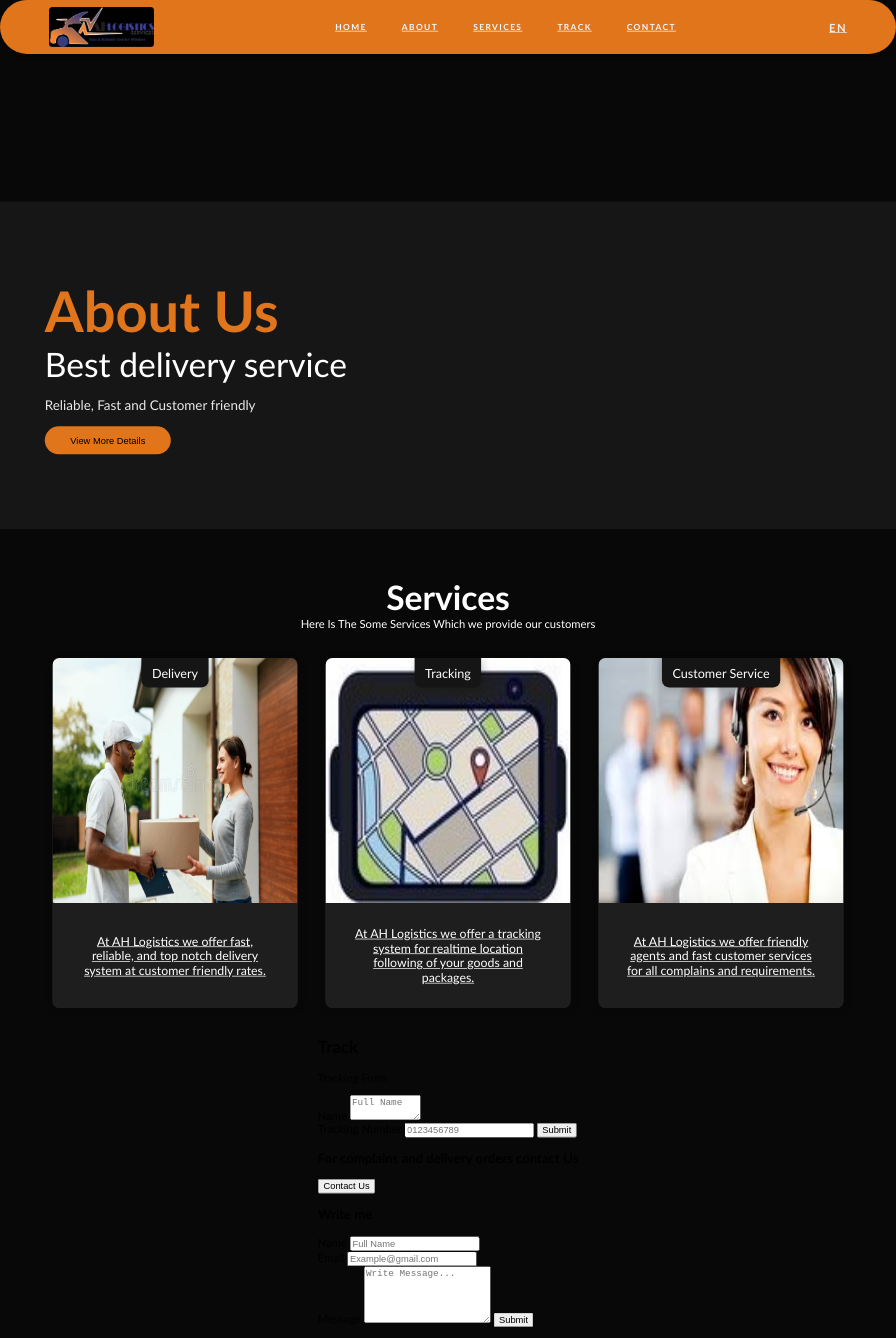
Repository: TheSecretlifeOfX/Ah-Logistics
Page: index.html
The author's editor kept a copy of each file at every save. The page is drawn from the files as they stood at one save, then again after the next save.
The browser window is 1280 px wide. The pictures show the whole page, at 70% of full size.

Above is the page before, as saved 2022-03-02 14:41:33.

After the next save:
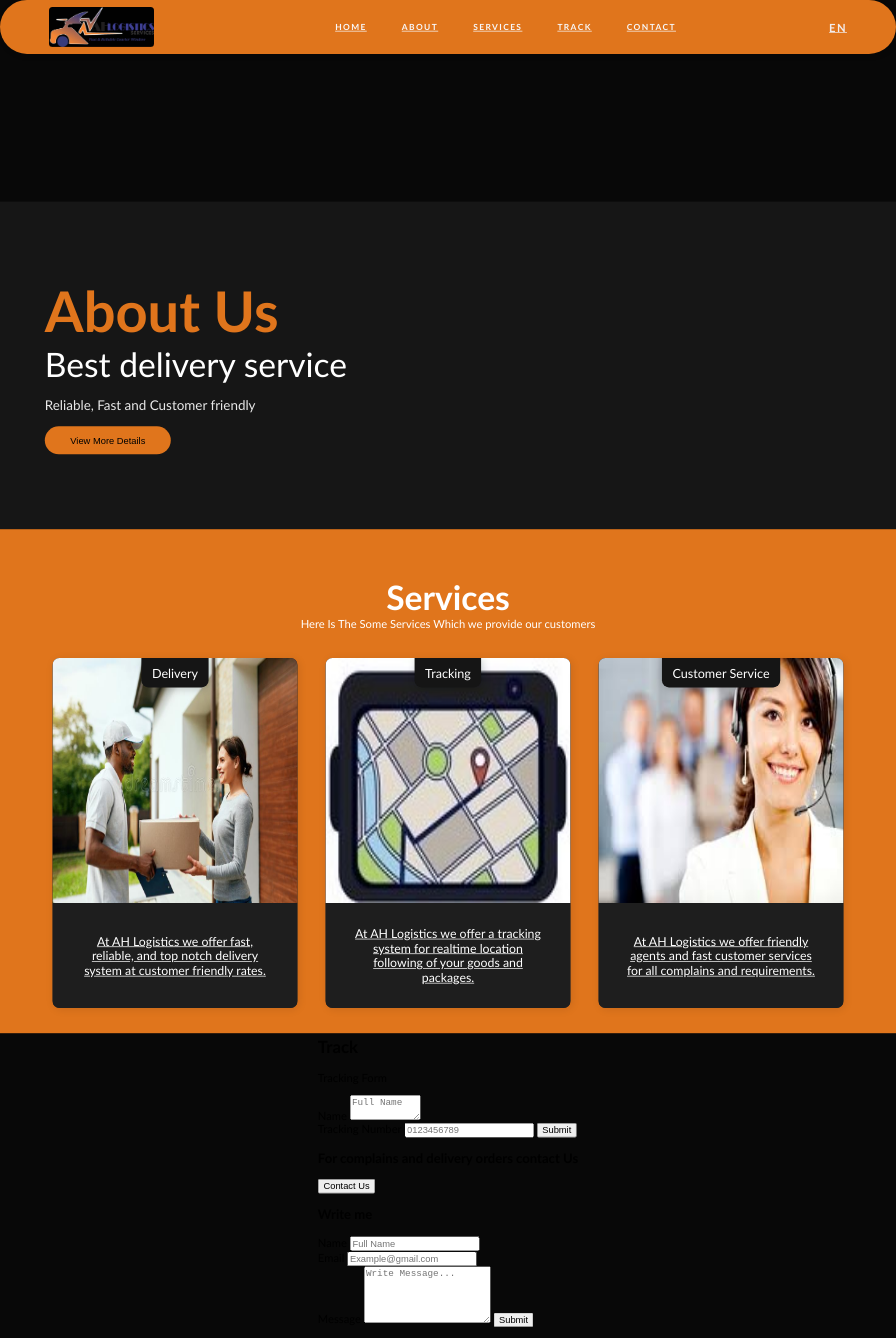
Saved 32 s later.
--- a/css/home.css
+++ b/css/home.css
@@ -121,7 +121,7 @@ body{
 			align-items: center;
 			justify-content: center;
 			padding-top: 500px ;
-
+			background-color:#e0751c;
 		}
 
 		.s-heading h1{
